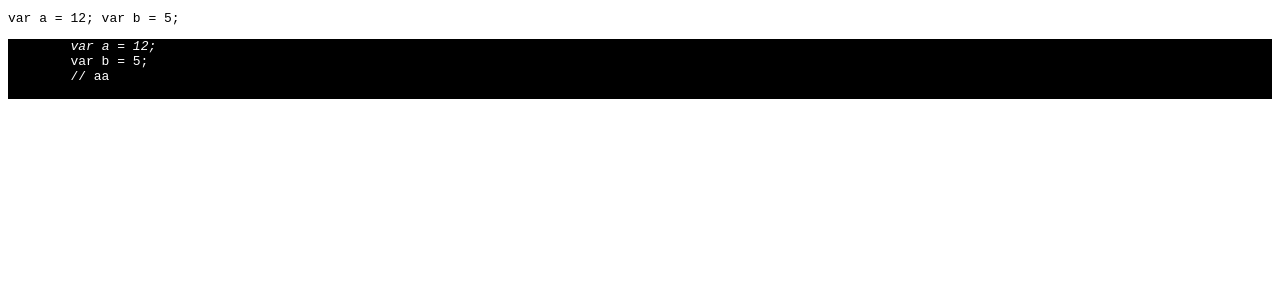
Repository: totianjie/totianjie.github.com
Page: pages/html.css/aa.html
These files come from the project's save history. The page is drawn as it stood at one moment and after the next save; the edit follows.
The browser window is 1280 px wide. The pictures show the whole page.

Above is the page before, as saved 2019-05-07 14:45:59.

### pages/html.css/aa.html
<!DOCTYPE html>
<html lang="en">
<head>
    <meta charset="UTF-8">
    <meta name="viewport" content="width=device-width, initial-scale=1.0">
    <meta http-equiv="X-UA-Compatible" content="ie=edge">
    <title>Document</title>
</head>
<body>
    <code>
        var a = 12;
        var b = 5;
    </code>
    <pre style="background: #000; color: #fff;">
        <var>var a = 12;</var>
        var b = 5;
        // aa
    </pre>
</body>
</html>

After the next save:
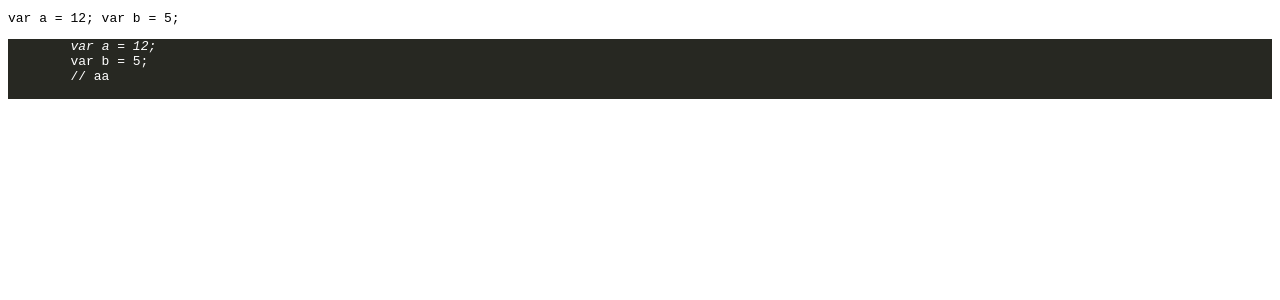
Saved 2 min 42 s later.
--- a/pages/html.css/aa.html
+++ b/pages/html.css/aa.html
@@ -11,7 +11,7 @@
         var a = 12;
         var b = 5;
     </code>
-    <pre style="background: #000; color: #fff;">
+    <pre style="background: #272822; color: #fff;">
         <var>var a = 12;</var>
         var b = 5;
         // aa
